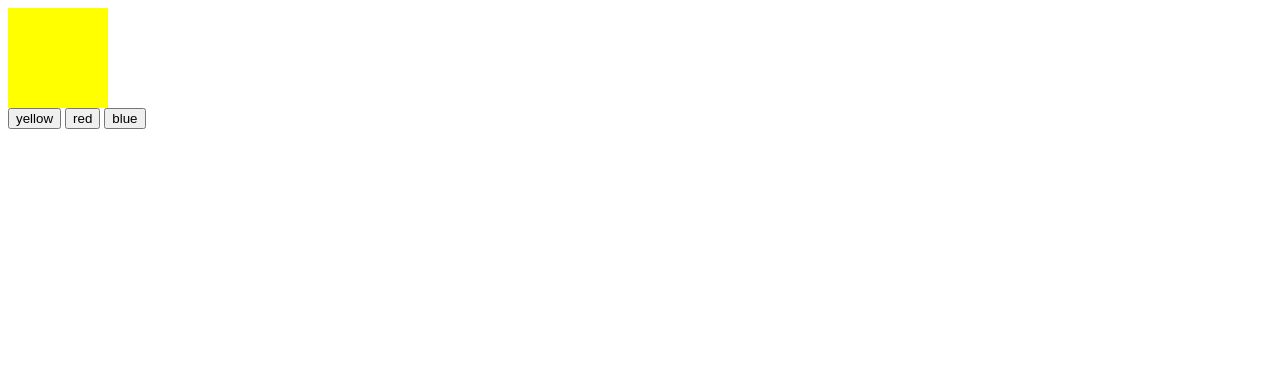
Repository: mjh1583/Hustar03_eGov
Page: http://localhost/JavaScript/js006.jsp
An editor plug-in stored every save of this project. The page is shown before and after the next save, followed by the edit.
The browser window is 1280 px wide. The pictures show the whole page.
After loading, the first visible `input.btn` was clicked once.
The page is served by Tomcat 9.

Above is the page before, as saved 2021-05-06 07:16:12.
Console error: TypeError: obj.attr(...).val is not a function

After the next save:
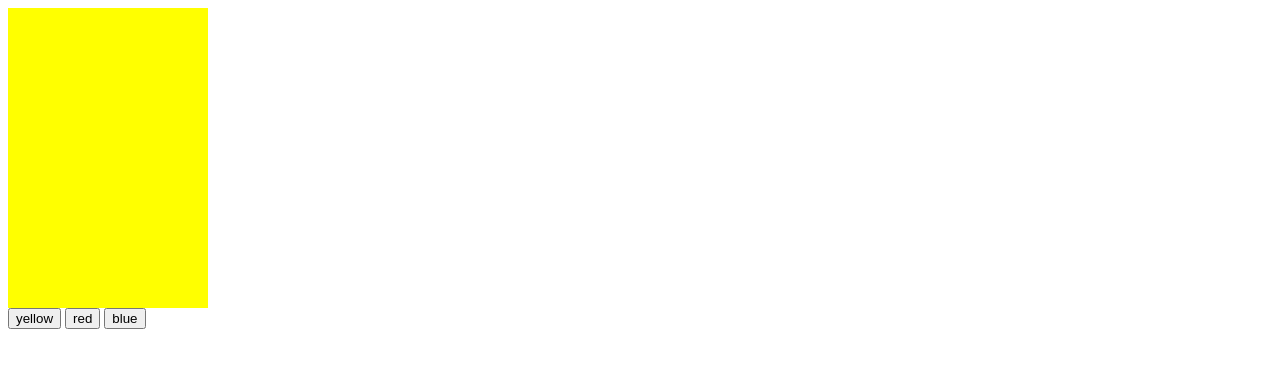
The error is gone.
Saved 26 s later.
--- a/workspace/JavaScript/src/main/webapp/js006.jsp
+++ b/workspace/JavaScript/src/main/webapp/js006.jsp
@@ -21,8 +21,8 @@
 		*/
 		function fn_change(obj) {
 			$('#contentsArea').css('background-color', obj.val());
-			$('#contentsArea').css('width', obj.attr('w').val());
-			$('#contentsArea').css('height', obj.attr('h').val());
+			$('#contentsArea').css('width', obj.attr('w'));
+			$('#contentsArea').css('height', obj.attr('h'));
 		}
 
 		$(document).ready(function() {
